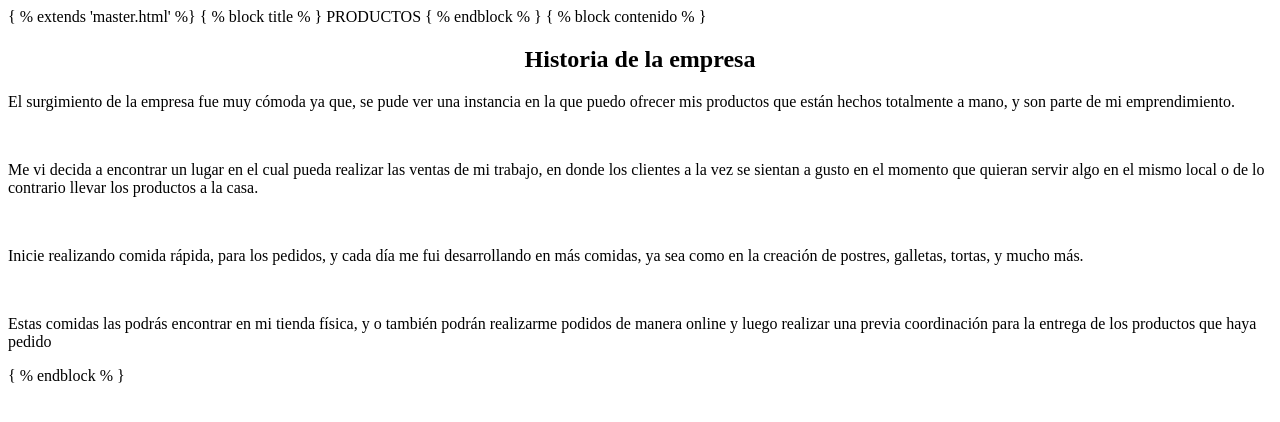
Repository: vbledd/ginna
Page: core/templates/historia.html
An editor plug-in stored every save of this project. The page is shown before and after the next save, followed by the edit.
The browser window is 1280 px wide. The pictures show the whole page.
The page is served by the project's application, run on Django 4.2 (manage.py). The template is opened directly, without the code that normally fills it, so the values that code supplies are empty.

Above is the page before, as saved 2022-12-23 21:07:34.

After the next save:
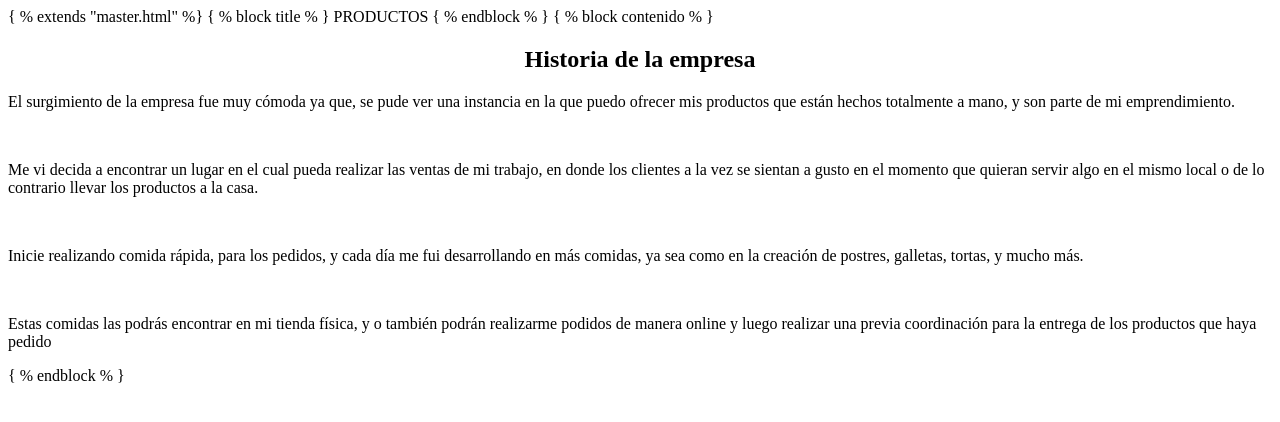
Saved 46 s later.
--- a/app/core/templates/historia.html
+++ b/app/core/templates/historia.html
@@ -1,4 +1,4 @@
-{ % extends 'master.html' %}
+{ % extends "master.html" %}
 {% load static %}
 { % block title % } PRODUCTOS { % endblock % }
 { % block contenido % }
